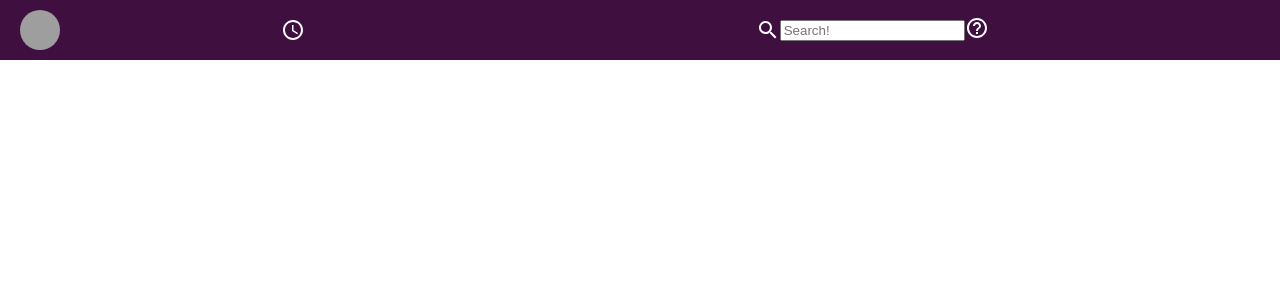
Repository: mminhaz93/React-Slack-Clone
Page: /
The author's editor kept a copy of each file at every save. The page is drawn from the files as they stood at one save, then again after the next save.
The browser window is 1280 px wide. The pictures show the whole page.
Pictures or frames that could not be fetched are drawn as grey boxes. The project was rebuilt for these pictures with package versions that can differ from the ones it lists, and the page was loaded fresh each time.

Above is the page before, as saved 2020-08-13 20:12:35.

### src/App.js
import React from 'react';
import './App.css';
import Header from "./Header"

function App() {
  return (
    <div className="App">
      <Header />
    </div>
  );
}

export default App;

### src/Header.js
import React from "react";
import "./Header.css";
import { Avatar } from "@material-ui/core";
import { AccessTime, Search, HelpOutline } from "@material-ui/icons";

const Header = () => {
  return (
    <div className="header">
      <div className="headerLeft">
        <Avatar className="headerAvatar" alt="Safak" src="safak" />
        <AccessTime />
      </div>
      <div className="headerSearch"></div>
      <Search />
      <input placeholder="Search!" />
      <div className="headerRight">
        <HelpOutline />
      </div>
    </div>
  );
};

export default Header;

### src/Header.css
.header {
  display: flex;
  align-items: center;
  justify-content: space-between;
  padding: 10px 0;
  background-color: var(--slack-color);
  color: white;
}

.headerLeft {
  flex: 0.3;
  display: flex;
  align-items: center;
  margin-left: 20px;
}

.headerLeft > .MuiSvgIcon-root {
  margin-left: auto;
  margin-right: 30px;
}

.headerSearch {
  flex: 0.4;
  background-color: #421f44;
}

.headerRight {
  flex: 0.3;
}

Loaded but not shown: public/index.html (common file); src/index.js (common file); src/index.css (common file); src/serviceWorker.js (common file); src/App.css (common file)

After the next save:
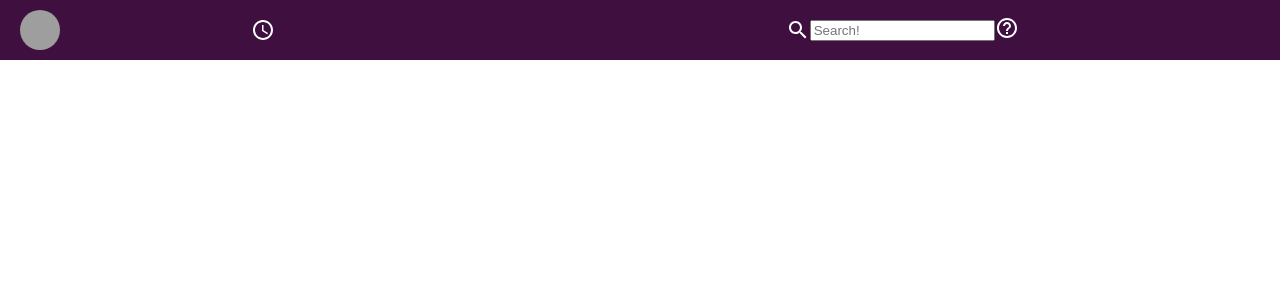
Saved 34 s later.
--- a/src/Header.css
+++ b/src/Header.css
@@ -22,6 +22,9 @@
 .headerSearch {
   flex: 0.4;
   background-color: #421f44;
+  text-align: center;
+  display: flex;
+  padding: 0 50px;
 }
 
 .headerRight {
